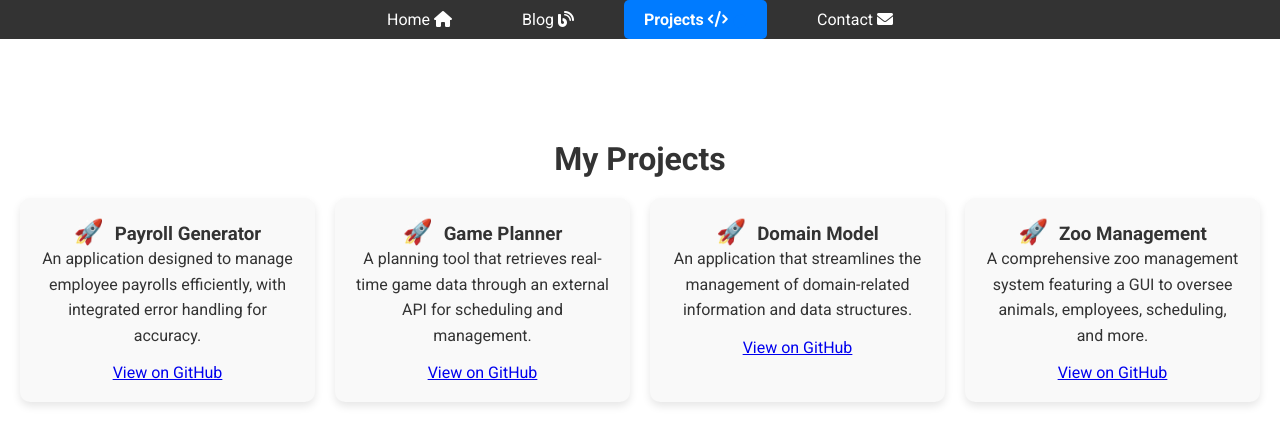
Repository: liwingy/cs5610_fall24_project1
Page: projects.html
These files come from the project's save history. The page is drawn as it stood at one moment and after the next save; the edit follows.
The browser window is 1280 px wide. The pictures show the whole page.

Above is the page before, as saved 2024-10-07 21:17:09.

After the next save:
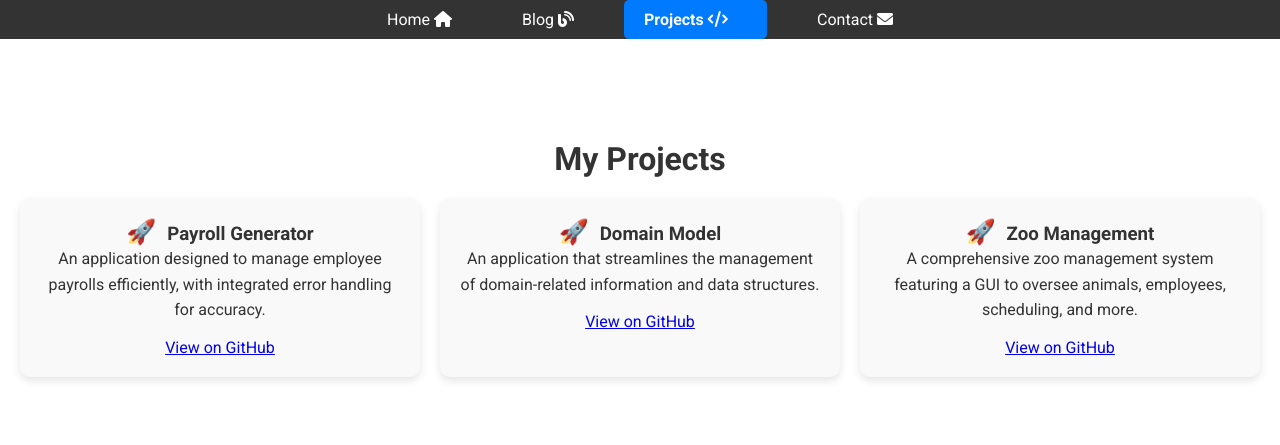
Saved 63 s later.
--- a/projects.html
+++ b/projects.html
@@ -27,11 +27,6 @@
                     <a href="https://github.com/Su24-CS5004-Online-Lionelle/homework-03-liwingy/tree/main/src/main/java/student" target="_blank">View on GitHub</a>
                 </div>
                 <div class="project-item">
-                    <h3>Game Planner</h3>
-                    <p>A planning tool that retrieves real-time game data through an external API for scheduling and management.</p>
-                    <a href="https://github.com/Su24-CS5004-Online-Lionelle/hw05/tree/main/src/main/java/student" target="_blank">View on GitHub</a>
-                </div>
-                <div class="project-item">
                     <h3>Domain Model</h3>
                     <p>An application that streamlines the management of domain-related information and data structures.</p>
                     <a href="https://github.com/Su24-CS5004-Online-Lionelle/homework-07-liwingy/tree/main/src/main/java/student/model" target="_blank">View on GitHub</a>
